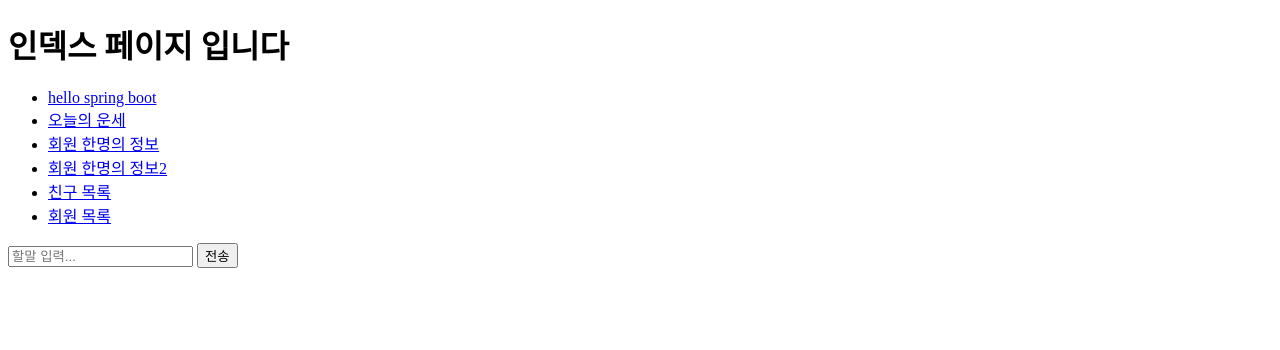
Repository: catfishlove/spring
Page: Boot02_Controller/src/main/resources/static/index.html
An editor plug-in stored every save of this project. The page is shown before and after the next save, followed by the edit.
The browser window is 1280 px wide. The pictures show the whole page.

Above is the page before, as saved 2024-07-02 03:15:09.

### Boot02_Controller/src/main/resources/static/index.html
<!DOCTYPE html>
<html>
<head>
<meta charset="UTF-8">
<title>/static/index.html</title>
</head>
<body>
	<div class="container">
		<h1>인덱스 페이지 입니다</h1>
		<ul>
			<li><a href="/boot02/hello">hello spring boot</a></li>
			<li><a href="/boot02/fortune">오늘의 운세</a></li>
			<li><a href="/boot02/member">회원 한명의 정보</a></li>
			<li><a href="/boot02/member2">회원 한명의 정보2</a></li>
			<li><a href="/boot02/friends">친구 목록</a></li>
			<li><a href="/boot02/members">회원 목록</a></li>
		</ul>

		<form action="/boot02/send" method="post">
			<input type="text" name="msg" placeholder="할말 입력..."/>
			<button type="submit">전송</button>
		</form>

	</div>
</body>
</html>

After the next save:
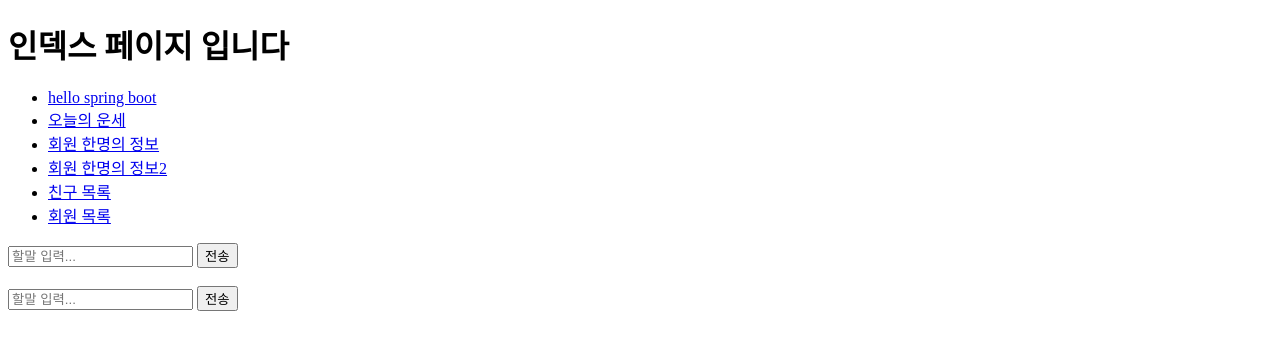
Saved 4 min 23 s later.
--- a/Boot02_Controller/src/main/resources/static/index.html
+++ b/Boot02_Controller/src/main/resources/static/index.html
@@ -21,6 +21,13 @@
 			<button type="submit">전송</button>
 		</form>
 
+		<br>
+
+			<form action="/boot02/send2" method="post">
+			<input type="text" name="msg" placeholder="할말 입력..."/>
+			<button type="submit">전송</button>
+		</form>
+
 	</div>
 </body>
 </html>
